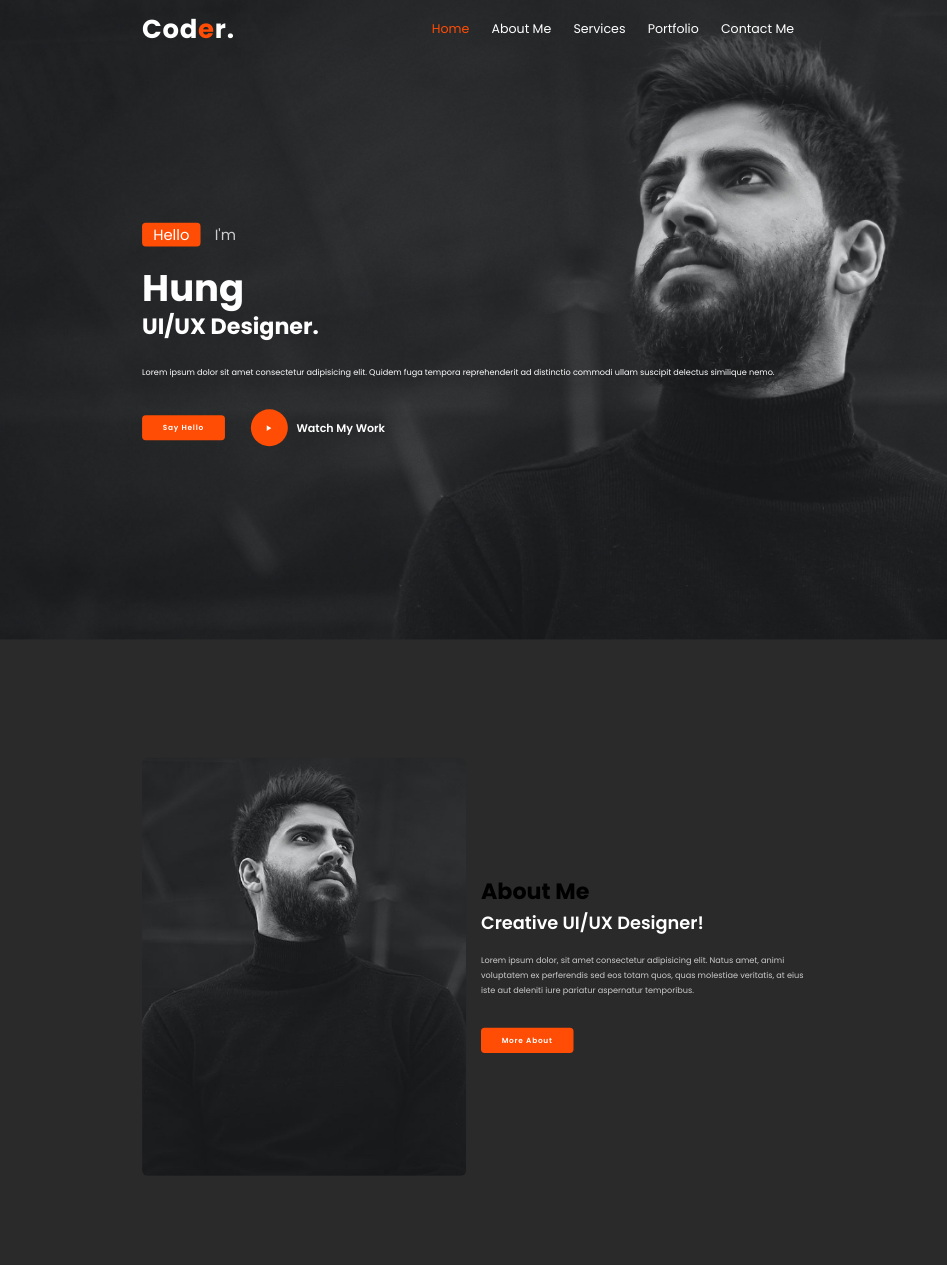
Repository: HungNg99/Protifolio2
Page: Portfolio/index.html
These files come from the project's save history. The page is drawn as it stood at one moment and after the next save; the edit follows.
The browser window is 1280 px wide. The pictures show the whole page, at 74% of full size.

Above is the page before, as saved 2022-12-11 08:50:07.

After the next save:
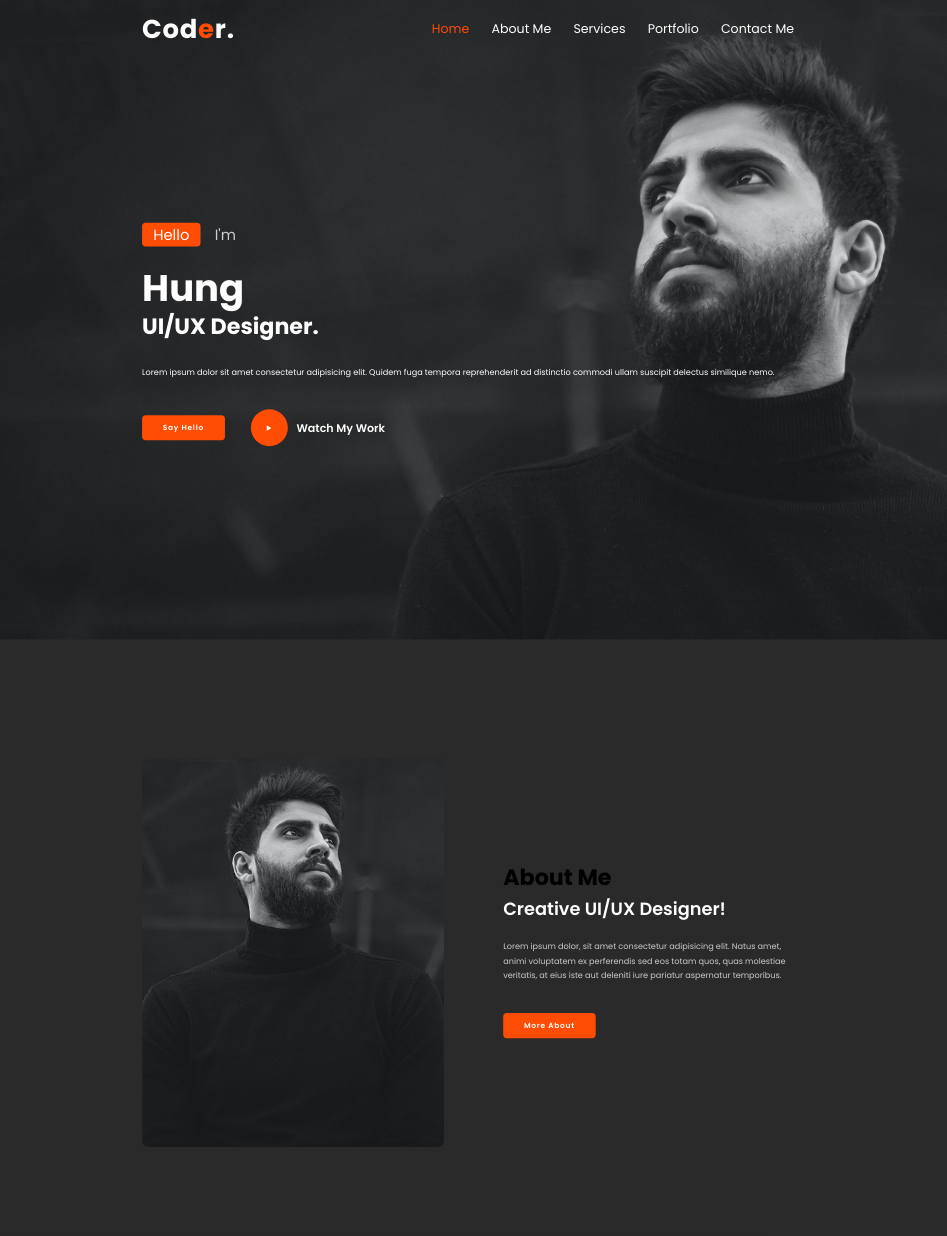
Saved 29 s later.
--- a/Portfolio/style.css
+++ b/Portfolio/style.css
@@ -187,7 +187,7 @@ header.sticky{
     display: grid;
     grid-template-columns: repeat(2,1fr);
     align-items: center;
-    gap: 2rem;
+    gap: 8rem;
 }
 
 
